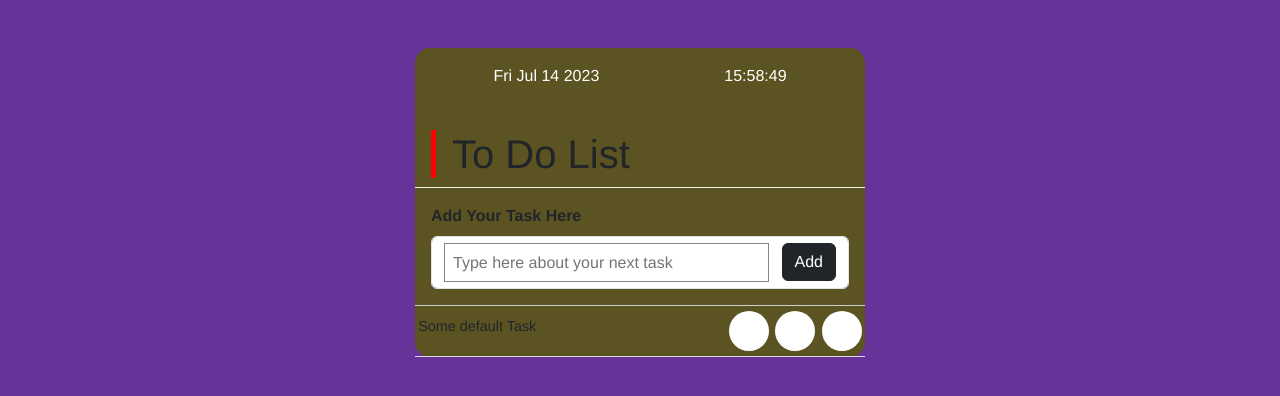
Repository: Passionblaz/TODO
Page: TODO/Untitled-1.html
These files come from the project's save history. The page is drawn as it stood at one moment and after the next save; the edit follows.
The browser window is 1280 px wide. The pictures show the whole page.

Above is the page before, as saved 2023-07-14 16:11:27.

After the next save:
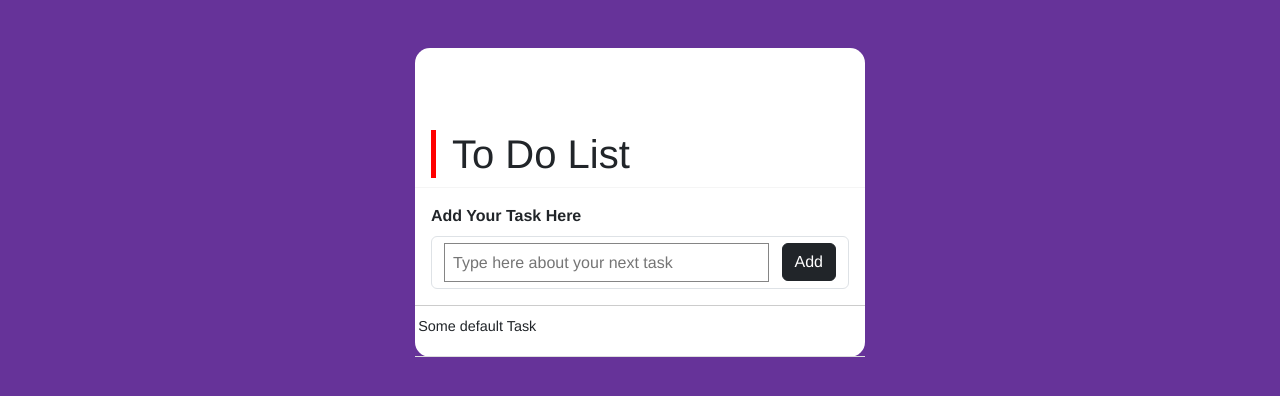
Saved 21 s later.
--- a/TODO/todostyles.css
+++ b/TODO/todostyles.css
@@ -55,7 +55,7 @@
   display: none;
 }
 .todo-container {
-  background-color: #5c5323;
+  background-color: #ffffff;
   border-radius: 15px;
   width: 450px;
   margin: 3rem auto;

After the 2 saves that followed:
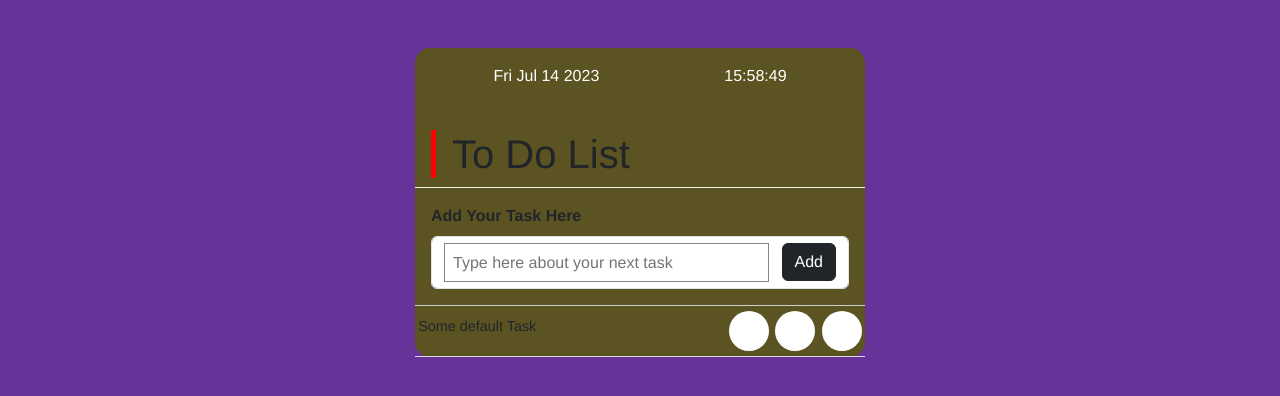
The 2 saves are shown as one change because they came seconds apart.
The last was saved 28 s later.
--- a/TODO/todostyles.css
+++ b/TODO/todostyles.css
@@ -55,7 +55,7 @@
   display: none;
 }
 .todo-container {
-  background-color: #ffffff;
+  background-color: #5c5323;
   border-radius: 15px;
   width: 450px;
   margin: 3rem auto;
@@ -116,7 +116,7 @@
   font-style: italic;
 }
 .todo button:hover, .done button {
-background-color: #e9053e;
+background-color: #395169;
 color: #ecf0f1
 }
 .done > button:hover {
